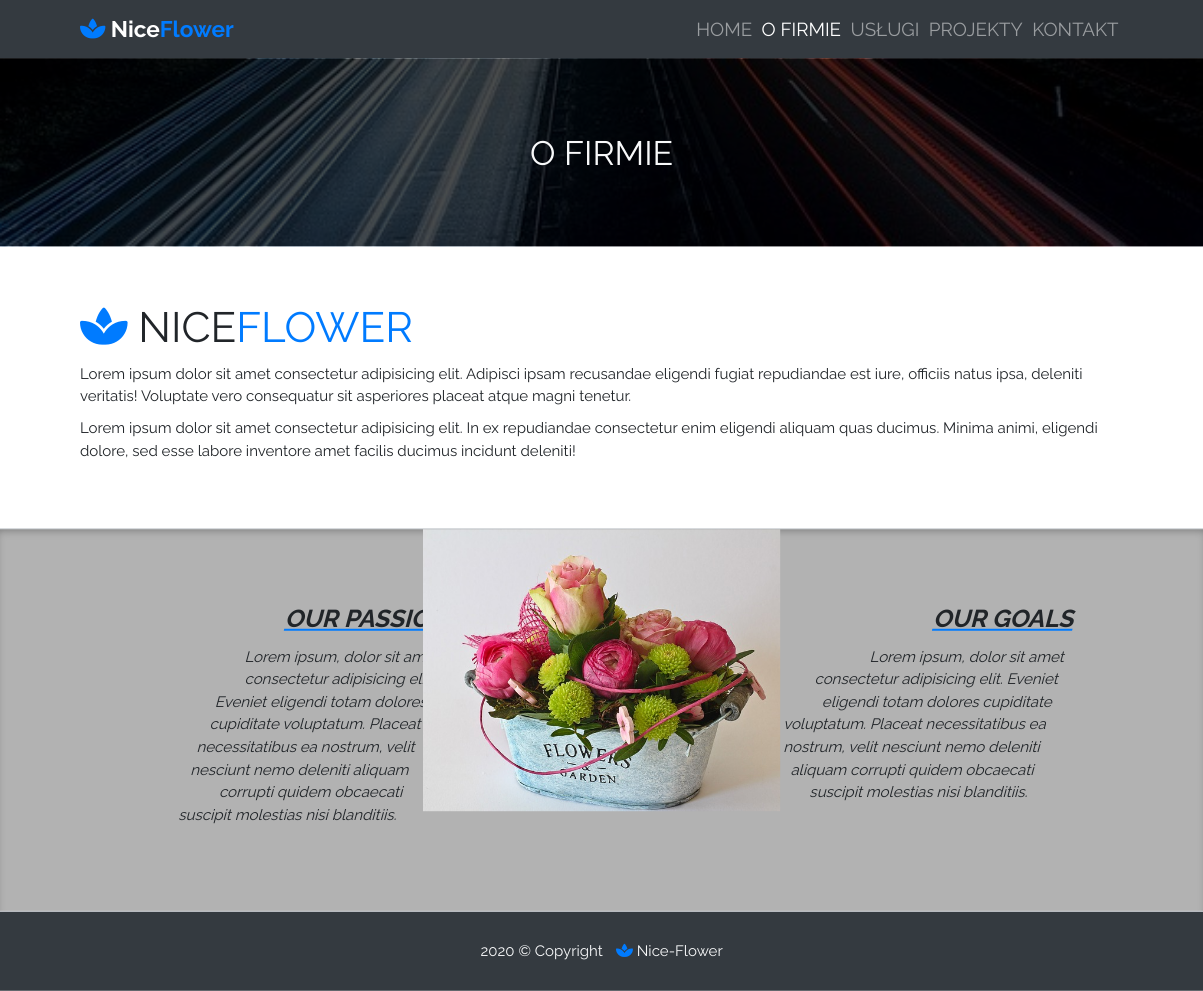
Repository: KrzysKolo/Projekt-13_Kwiaciarnia
Page: abouteus.html
The author's editor kept a copy of each file at every save. The page is drawn from the files as they stood at one save, then again after the next save.
The browser window is 1280 px wide. The pictures show the whole page, at 94% of full size.
Some web libraries are served in a nearby version.

Above is the page before, as saved 2020-08-10 10:09:30.

### abouteus.html
<!DOCTYPE html>
<html lang="pl">
  <head>
    <meta charset="UTF-8" />
    <meta name="viewport" content="width=device-width, initial-scale=1.0" />
    <title>Nice-Flower</title>
    <script
      src="https://kit.fontawesome.com/21efeaf281.js"
      crossorigin="anonymous"
    ></script>

    <link
      rel="stylesheet"
      href="https://stackpath.bootstrapcdn.com/bootstrap/4.5.0/css/bootstrap.min.css"
      integrity="sha384-9aIt2nRpC12Uk9gS9baDl411NQApFmC26EwAOH8WgZl5MYYxFfc+NcPb1dKGj7Sk"
      crossorigin="anonymous"
    />
    <link
      href="https://fonts.googleapis.com/css2?family=Raleway:wght@400;700&display=swap"
      rel="stylesheet"
    />
    <link rel="stylesheet" href="style.css" />
  </head>
  <body>
    <nav class="navbar navbar-expand-lg navbar-dark bg-dark py-3">
      <div class="container">
        <a class="navbar-brand" href="#"
          ><i class="fas fa-spa text-primary"></i> Nice<span
            class="text-primary"
            >Flower</span
          ></a
        >
        <button
          class="navbar-toggler border-0"
          type="button"
          data-toggle="collapse"
          data-target="#navbarNavAltMarkup"
          aria-controls="navbarNavAltMarkup"
          aria-expanded="false"
          aria-label="Toggle navigation"
        >
          <i class="fas fa-bars px-4"></i>
        </button>
        <div class="collapse navbar-collapse" id="navbarNavAltMarkup">
          <div class="navbar-nav ml-auto">
            <a class="nav-link" href="index.html">Home </a>
            <a class="nav-link active" href="#"
              >O firmie<span class="sr-only">(current)</span></a
            >
            <a class="nav-link" href="services.html">Usługi</a>
            <a class="nav-link" href="projects.html">Projekty</a>
            <a class="nav-link" href="contact.html">Kontakt</a>
          </div>
        </div>
      </div>
    </nav>

    <!-- MAIN -->
    <main>
      <section class="top-hero aboutus-hero">
        <div class="hero-shadow"></div>
        <p class="top-hero-text text-light">O firmie</p>
      </section>
      <section class="aboutus-top p-5">
        <div class="row">
          <div class="container py-5">
            <p class="display-3">
              <i class="fas fa-spa text-primary"></i> Nice<span
                class="text-primary"
                >Flower</span
              >
            </p>
            <p>
              Lorem ipsum dolor sit amet consectetur adipisicing elit. Adipisci
              ipsam recusandae eligendi fugiat repudiandae est iure, officiis
              natus ipsa, deleniti veritatis! Voluptate vero consequatur sit
              asperiores placeat atque magni tenetur.
            </p>
            <p>
              Lorem ipsum dolor sit amet consectetur adipisicing elit. In ex
              repudiandae consectetur enim eligendi aliquam quas ducimus. Minima
              animi, eligendi dolore, sed esse labore inventore amet facilis
              ducimus incidunt deleniti!
            </p>
          </div>
        </div>
      </section>
      <section class="border-top border-bottom aboutus-info aboutus-shadow">
        <div class="container">
          <div class="row m-0 justify-content-center">
            <div class="col-lg-3 aboutus-text abouts-text-left">
              <h3>our passion</h3>
              <p>
                Lorem ipsum, dolor sit amet consectetur adipisicing elit.
                Eveniet eligendi totam dolores cupiditate voluptatum. Placeat
                necessitatibus ea nostrum, velit nesciunt nemo deleniti aliquam
                corrupti quidem obcaecati suscipit molestias nisi blanditiis.
              </p>
            </div>
            <div class="d-lg-none col aboutus-img"></div>
            <div class="d-none d-lg-block col-lg-4 aboutus-img"></div>
            <div class="col-lg-3 aboutus-text abouts-text-right">
              <h3>our goals</h3>
              <p>
                Lorem ipsum, dolor sit amet consectetur adipisicing elit.
                Eveniet eligendi totam dolores cupiditate voluptatum. Placeat
                necessitatibus ea nostrum, velit nesciunt nemo deleniti aliquam
                corrupti quidem obcaecati suscipit molestias nisi blanditiis.
              </p>
            </div>
          </div>
        </div>
      </section>
    </main>
    <footer class="bg-dark text-light">
      <p class="py-5 px-3 mb-0 text-center">
        2020 &copy; Copyright
        <i class="ml-3 fas fa-spa text-primary"></i> Nice-Flower
      </p>
    </footer>
    <script
      src="https://code.jquery.com/jquery-3.5.1.slim.min.js"
      integrity="sha384-DfXdz2htPH0lsSSs5nCTpuj/zy4C+OGpamoFVy38MVBnE+IbbVYUew+OrCXaRkfj"
      crossorigin="anonymous"
    ></script>
    <script
      src="https://cdn.jsdelivr.net/npm/popper.js@1.16.0/dist/umd/popper.min.js"
      integrity="sha384-Q6E9RHvbIyZFJoft+2mJbHaEWldlvI9IOYy5n3zV9zzTtmI3UksdQRVvoxMfooAo"
      crossorigin="anonymous"
    ></script>
    <script
      src="https://stackpath.bootstrapcdn.com/bootstrap/4.5.0/js/bootstrap.min.js"
      integrity="sha384-OgVRvuATP1z7JjHLkuOU7Xw704+h835Lr+6QL9UvYjZE3Ipu6Tp75j7Bh/kR0JKI"
      crossorigin="anonymous"
    ></script>
  </body>
</html>

### style.css
* {
  box-sizing: border-box;
  margin: 0;
  padding: 0;
}
html {
  font-size: 62.5%;
}
body {
  font-family: "Raleway", sans-serif;
  font-size: 1.6rem;
}
.hero-shadow {
  position: absolute;
  top: 0;
  width: 100%;
  height: 100%;
  background-color: rgba(0, 0, 0, 0.7);
  z-index: -1;
}
.additional-text {
  font-size: 1.8rem;
}
.top-hero {
  position: relative;
  height: 20rem;
  background-size: cover;
  z-index: 0;
}
.top-hero-text {
  display: flex;
  justify-content: center;
  align-items: center;
  height: 100%;
  font-size: 3.6rem;
  text-transform: uppercase;
}
/* ----------- */
/*  nawigacja  */
/* ----------- */
nav {
  font-size: 2rem;
  text-transform: uppercase;
}
.navbar-toggler {
  font-size: 3rem;
}
.navbar-brand {
  font-size: 2.4rem;
  font-weight: bold;
  text-transform: none;
}
/* ----------- */
/*    header   */
/* ----------- */
header {
  font-size: 2rem;
}
.carousel-item {
  position: relative;
  height: 400px;
  background-position: center;
  background-size: cover;
  z-index: 0;
}
.carousel-img-one {
  background-image: url("./img/b1m.jpg");
}
.carousel-img-two {
  background-image: url("./img/b2m.jpg");
}
.carousel-img-three {
  background-image: url("./img/b4m.jpg");
}
/* ----------- */
/*     main    */
/* ----------- */
.home-boxes {
  padding: 5rem 0;
}
.home-box i {
  font-size: 4rem;
}
.home-box h3 {
  font-size: 2.6rem;
}
/* ----------- */
.home-passion {
  position: relative;
  height: 350px;
  background-image: url("./img/b8m.jpg");
  background-position: center;
  background-size: cover;
  z-index: 0;
}
/* ----------- */
.home-brand h3 {
  font-size: 3rem;
  font-weight: bold;
}
/* ----------- */
/*   aboutus   */
/* ----------- */
.aboutus-hero {
  background-image: url("./img/obrazek1.jpg");
  background-position: bottom;
}
/* ----------- */
.aboutus-top .display-3 {
  text-transform: uppercase;
}
/* ----------- */
.aboutus-info {
  background-color: rgba(0, 0, 0, 0.3);
}
.aboutus-info .container {
  padding: 2em 0.5em;
}
.aboutus-text {
  padding: 1.8rem;
}
.aboutus-text h3 {
  margin-bottom: 0.5em;
  font-size: 2.6rem;
  text-transform: uppercase;
  font-weight: bold;
  text-decoration: underline #007bff;
}
.abouts-text-right {
  text-align: right;
}
.aboutus-img {
  height: 300px;
  background-image: url("./img/b5m.jpg");
  background-position: center;
  background-size: cover;
}
/* ----------- */
/*    footer   */
/* ----------- */
footer {
  font-size: 1.6rem;
}
@media (min-width: 992px) {
  .aboutus-info .container {
    padding: 0;
  }
  .aboutus-shadow {
    box-shadow: inset 0 5px 10px -5px rgba(0, 0, 0, 0.4);
  }
  .aboutus-text {
    padding: 5em 0;
    transform: skew(-15deg);
  }
  .abouts-text-left {
    padding-left: 2em;
    text-align: right;
  }
}
@media (min-width: 1400px) {
  .carousel-item {
    height: 600px;
  }
  .carousel-img-one {
    background-image: url("./img/b1.jpg");
  }
  .carousel-img-two {
    background-image: url("./img/b2.jpg");
  }
  .carousel-img-three {
    background-image: url("./img/b4.jpg");
  }
}

After the next save:
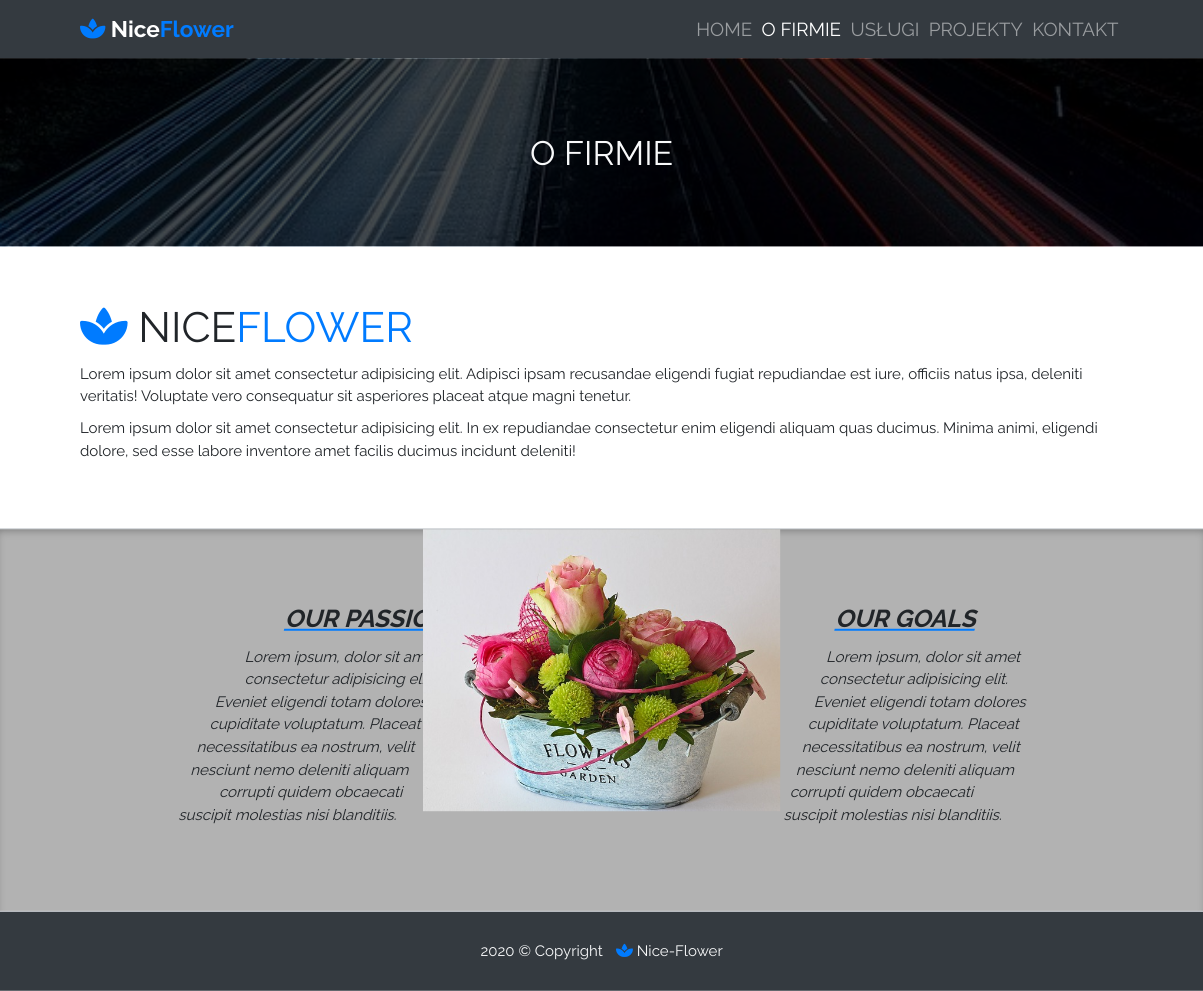
Saved 41 s later.
--- a/style.css
+++ b/style.css
@@ -156,6 +156,10 @@ footer {
     padding-left: 2em;
     text-align: right;
   }
+  .abouts-text-right {
+    padding-left: 2em;
+    text-align: left;
+  }
 }
 @media (min-width: 1400px) {
   .carousel-item {
